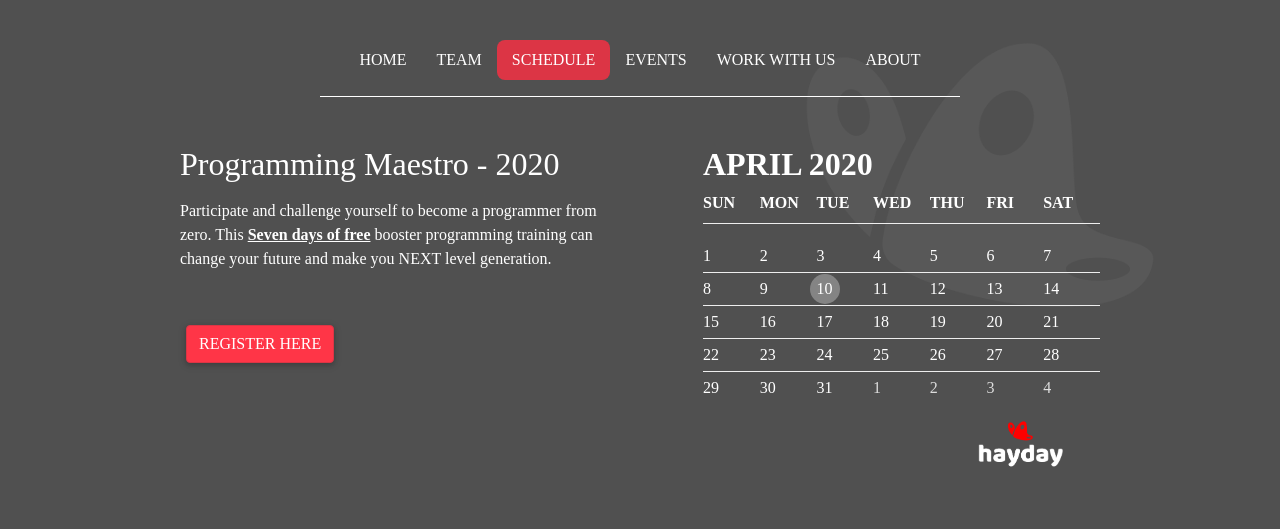
Repository: im1971/company-web
Page: schedule.html
The author's editor kept a copy of each file at every save. The page is drawn from the files as they stood at one save, then again after the next save.
The browser window is 1280 px wide. The pictures show the whole page.
Some web fonts or font styles are not loaded; a fallback is used.

Above is the page before, as saved 2020-02-08 11:40:17.
Not found: js/main.js

After the next save:
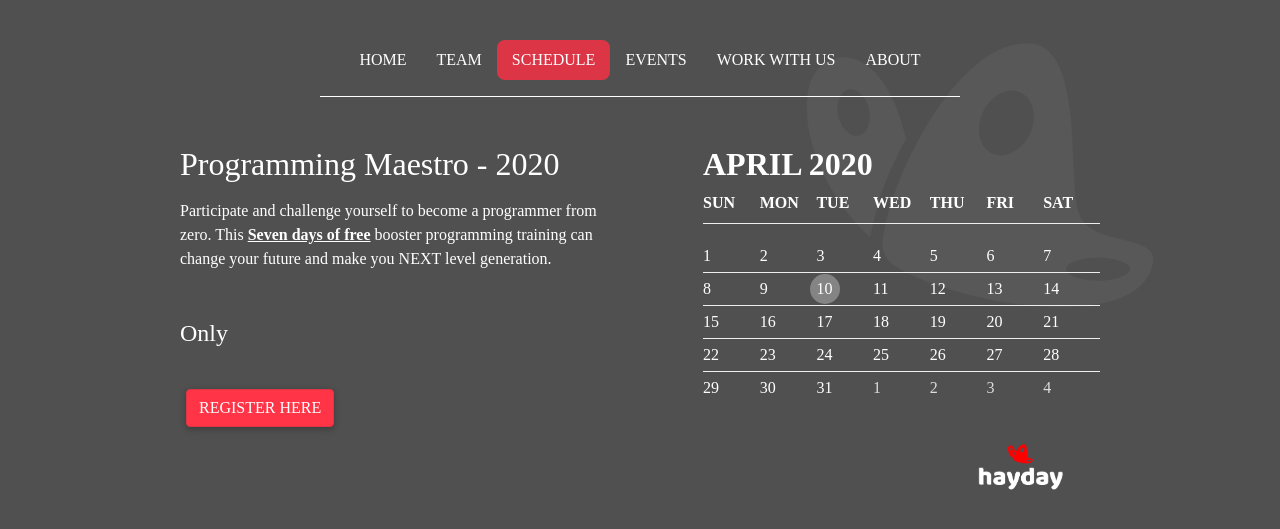
Saved 37 s later.
--- a/schedule.html
+++ b/schedule.html
@@ -65,14 +65,17 @@
                             <p class="subtitle mb-5">
                                 Participate and challenge yourself to become a programmer from zero. This <u><b>Seven days of free</b></u> booster programming training can change your future and make you NEXT level generation.
                             </p>
-                            <button class="btn btn-danger mb-3">Register Here</button>
+
+
 
                             <div id="timer">
+                                <h4>Only</h4>
                                 <div id="days"></div>
                                 <div id="hours"></div>
                                 <div id="minutes"></div>
                                 <div id="seconds" class="pr-0"></div>
                             </div>
+                            <button class="btn btn-danger mb-3">Register Here</button>
                         </div>
                         <div class="col-md-5">
                             <!-- <div class="container py-5"> -->
